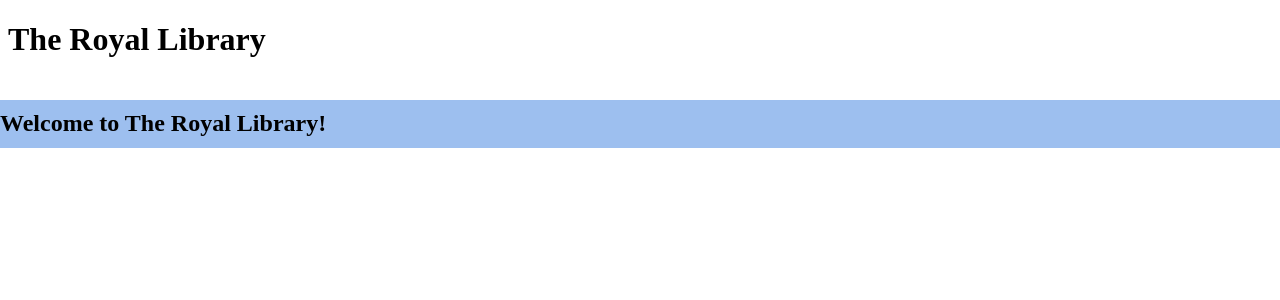
Repository: sedat-akdogan/royal_task
Page: / (app in angularapp/)
The author's editor kept a copy of each file at every save. The page is drawn from the files as they stood at one save, then again after the next save.
The browser window is 1280 px wide. The pictures show the whole page.
The page's requests for data from a server got no answer. The project was rebuilt for these pictures with package versions that can differ from the ones it lists, and the page was loaded fresh each time. No one was signed in, and anything a server would have sent is missing. Also part of the build but not shown: angularapp/angular.json, angularapp/src/app/data/data.component.ts.

Above is the page before, as saved 2023-07-03 04:57:16.

### angularapp/src/index.html
<!doctype html>
<html lang="en">

<head>
    <meta charset="utf-8">
    <title>Angular App</title>
    <base href="/">
    <meta name="viewport" content="width=device-width, initial-scale=1">
    <link rel="icon" type="image/x-icon" href="favicon.ico">
</head>

<body>
    <app-root></app-root>
</body>

</html>

### angularapp/src/main.ts
import { platformBrowserDynamic } from '@angular/platform-browser-dynamic';

import { AppModule } from './app/app.module';


platformBrowserDynamic().bootstrapModule(AppModule)
    .catch(err => console.error(err));

### angularapp/src/app/app.module.ts
import { HttpClientModule } from '@angular/common/http';
import { NgModule } from '@angular/core';
import { BrowserModule } from '@angular/platform-browser';

import { AppComponent } from './app.component';
import { DataComponent } from './data/data.component';
import { AppRoutingModule } from './app-routing.module';


@NgModule({
    declarations: [
        AppComponent,
        DataComponent,
    ],
    imports: [
        BrowserModule,
        HttpClientModule,
        AppRoutingModule
    ],
    providers: [],
    bootstrap: [AppComponent]
})
export class AppModule { }

### angularapp/src/app/app.component.ts
import { HttpClient } from '@angular/common/http';
import { Component, OnInit } from '@angular/core';
import { ApiService } from './api.service';

@Component({
    selector: 'app-root',
    templateUrl: './app.component.html',
    styleUrls: ['./app.component.css']
})

export class AppComponent {
    title = 'The Royal Library';

    bookData: any;
    book: any;
    data: any;
    constructor(private api: ApiService) {

    }

    ngOnInit() {
        this.api.getBooks().subscribe((data: any) => {
            console.log(data);
            this.bookData = data?.items;
        });
    }

}

### angularapp/src/app/app-routing.module.ts
import { NgModule } from '@angular/core';
import { RouterModule, Routes } from '@angular/router';
import { AppComponent } from './app.component';


const routes: Routes = [
    {
        path: '',
        component: AppComponent,
    },

];

@NgModule({
    imports: [RouterModule.forRoot(routes)],
    exports: [RouterModule]
})
export class AppRoutingModule { }

### angularapp/src/app/app.component.html
<h1>{{ title }}</h1>

<h2 class="h2">
    Welcome to {{ title }}!
    <p>
        <app-data *ngFor= 'let book of bookData' app-data [book]="book">
        </app-data>
    </p>
</h2>

### angularapp/src/app/app.component.css
.h2 {
    width: 100%;
    background-color: #9dbfef;
    display: flex;
    justify-content: flex-start;
    align-items: center;
    position: fixed;
    top: 100;
    left: 0;
    z-index: 1;
    }

### angularapp/src/app/api.service.ts
import { Injectable } from '@angular/core';
import { HttpClient } from '@angular/common/http';

@Injectable({
    providedIn: 'root'
})

export class ApiService {

    constructor( private http:HttpClient ) { }

    getBooks() {
        return this.http.get('https://www.googleapis.com/books/v1/volumes?q=trees');
    }
}

Loaded but not shown: angularapp/src/styles.css (common file)

After the next save:
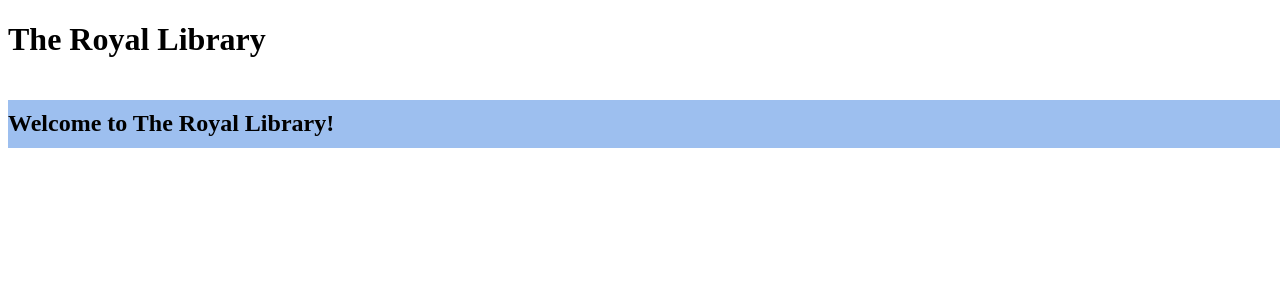
Saved 14 s later.
--- a/angularapp/src/app/app.component.css
+++ b/angularapp/src/app/app.component.css
@@ -6,6 +6,6 @@
     align-items: center;
     position: fixed;
     top: 100;
-    left: 0;
+    left: 10;
     z-index: 1;
     }

After the save that followed:
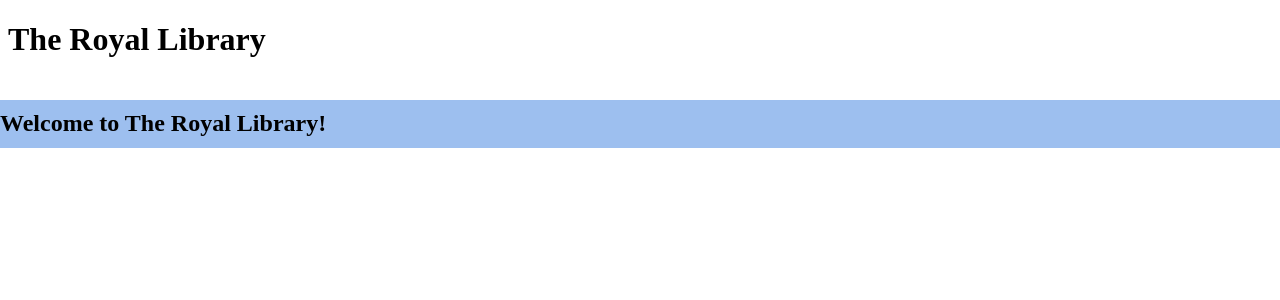
Saved 6 s later.
--- a/angularapp/src/app/app.component.css
+++ b/angularapp/src/app/app.component.css
@@ -6,6 +6,6 @@
     align-items: center;
     position: fixed;
     top: 100;
-    left: 10;
+    left: 0;
     z-index: 1;
     }
